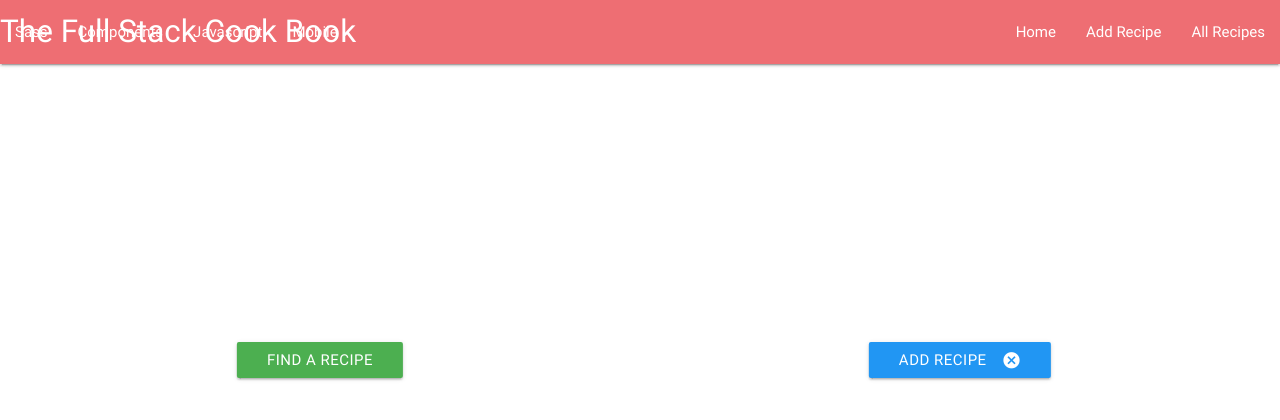
Repository: nakitamccool/francisillingworth-milestone-project-3
Page: http://localhost/index
The author's editor kept a record of every edit. The page is drawn from the files as they stood at one moment, then again after the next edit.
The browser window is 1280 px wide. The pictures show the whole page.
The page is served by the project's application, run on Flask 3 (app.py).

Above is the page before.

After the next edit:
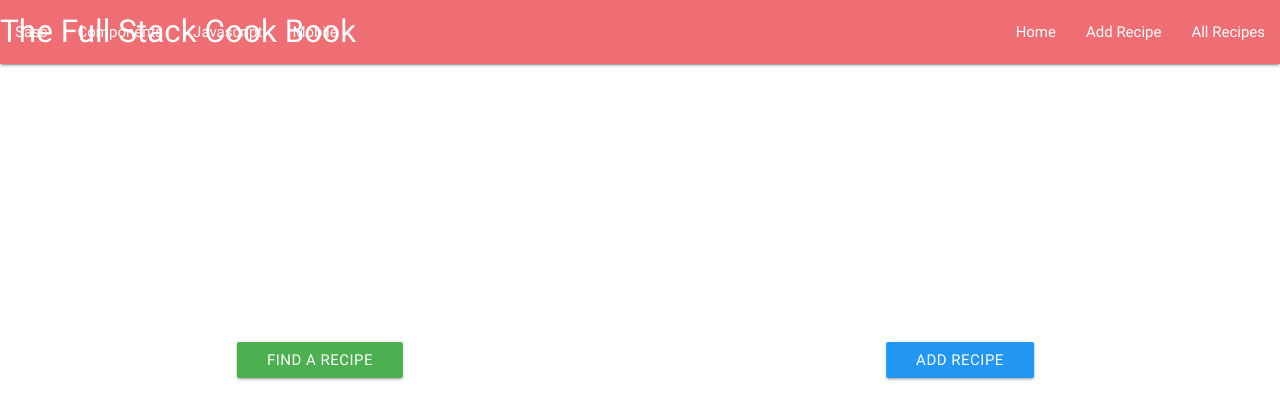
The edit:
--- a/templates/index.html
+++ b/templates/index.html
@@ -16,7 +16,7 @@
     <div class="centered">
         <div class = "addRecipe">
         <a href="{{ url_for('add_recipe') }}" class="waves-effect waves-light btn blue">
-                <i class="material-icons right">cancel</i>Add Recipe
+                Add Recipe
             </a>
         </div>
     </div>
